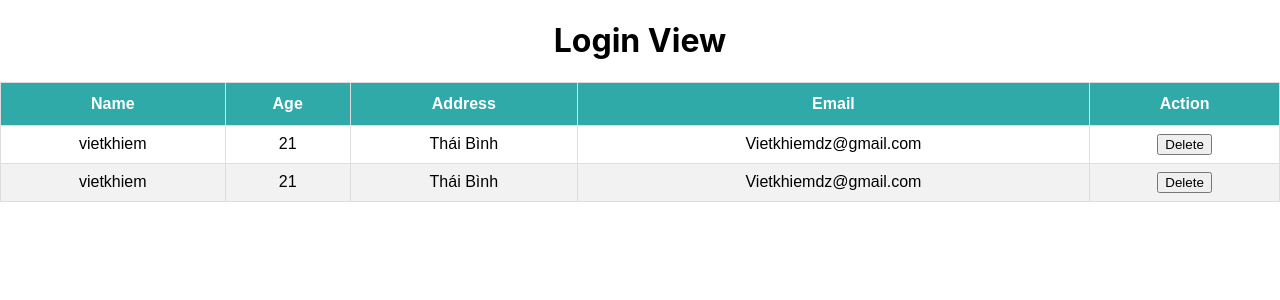
Repository: vietkhiem/TypeScript
Page: /
The author's editor kept a copy of each file at every save. The page is drawn from the files as they stood at one save, then again after the next save.
The browser window is 1280 px wide. The pictures show the whole page.
The project was rebuilt for these pictures with package versions that can differ from the ones it lists, and the page was loaded fresh each time.

Above is the page before, as saved 2022-03-16 17:38:09.

### src/App.tsx
import React from 'react';
import './App.css';
import Login from './pages/login';
import TableCustom from './pages/table';


function App() {
  const students = [
    {
      name: 'vietkhiem',
      age: 21,
      address: 'Thái Bình',
      email: 'Vietkhiemdz@gmail.com',
      action: 'Delete'
    },
    {
      name: 'vietkhiem',
      age: 21,
      address: 'Thái Bình',
      email: 'Vietkhiemdz@gmail.com',
      action: 'Delete'
    }
  ]
  return (
    <div className="App">
      {/* thêm view login vào trong App.tsx */}
        <Login />
        {/* thêm components table vào app */}
        <TableCustom rows={students} />

    </div>
  );
}

export default App;

### src/App.css
.App {
  text-align: center;
}

.App-logo {
  height: 40vmin;
  pointer-events: none;
}

@media (prefers-reduced-motion: no-preference) {
  .App-logo {
    animation: App-logo-spin infinite 20s linear;
  }
}

.App-header {
  background-color: #282c34;
  min-height: 100vh;
  display: flex;
  flex-direction: column;
  align-items: center;
  justify-content: center;
  font-size: calc(10px + 2vmin);
  color: white;
}

.App-link {
  color: #61dafb;
}

@keyframes App-logo-spin {
  from {
    transform: rotate(0deg);
  }
  to {
    transform: rotate(360deg);
  }
}
.customers {
  font-family: Arial, Helvetica, sans-serif;
  border-collapse: collapse;
  width: 100%;
}

.customers td, .customers th {
  border: 1px solid #ddd;
  padding: 8px;
}

.customers tr:nth-child(even){background-color: #f2f2f2;}

.customers tr:hover {background-color: #ddd;}

.customers th {
  padding-top: 12px;
  padding-bottom: 12px;
  text-align: center;
  background-color: rgb(48, 169, 169);
  color: white;
}

### src/pages/login/index.tsx
import React from 'react'

export default function Login() {
  return (
    <h1>Login View</h1>
  )
}

### src/pages/table/index.tsx
import React from "react";

type row = {
  name: string,
  age: number,
  address: string,
  email: string,
  action:string
}
type TableProps = {
  rows: row[]
}
function Table({rows} : TableProps) {
    return (
      <table className="customers">
          <thead>
              <th>Name</th>
              <th>Age</th>
              <th>Address</th>
              <th>Email</th>
              <th>Action</th>
          </thead>
          <tbody>
              {
                rows.map(row => (
                  <tr>
                    <td>{row.name}</td>
                    <td>{row.age}</td>
                    <td>{row.address}</td>
                    <td>{row.email}</td>
                    <td>
                      <button>{row.action}</button>
                    </td>
                  </tr>
                ))
              }
          </tbody>
        </table>
    );
}
export default Table;

Loaded but not shown: public/index.html (common file); src/index.tsx (common file); src/index.css (common file); src/reportWebVitals.ts (common file)

After the next save:
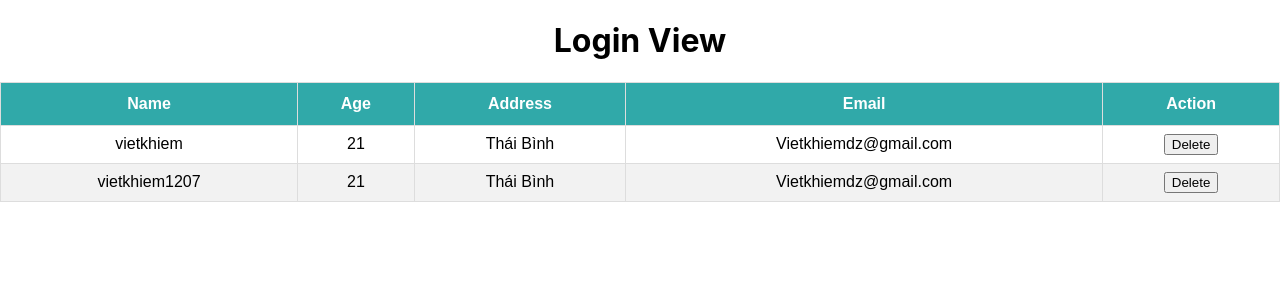
Saved 8 s later.
--- a/src/App.tsx
+++ b/src/App.tsx
@@ -14,7 +14,7 @@ function App() {
       action: 'Delete'
     },
     {
-      name: 'vietkhiem',
+      name: 'vietkhiem1207',
       age: 21,
       address: 'Thái Bình',
       email: 'Vietkhiemdz@gmail.com',
